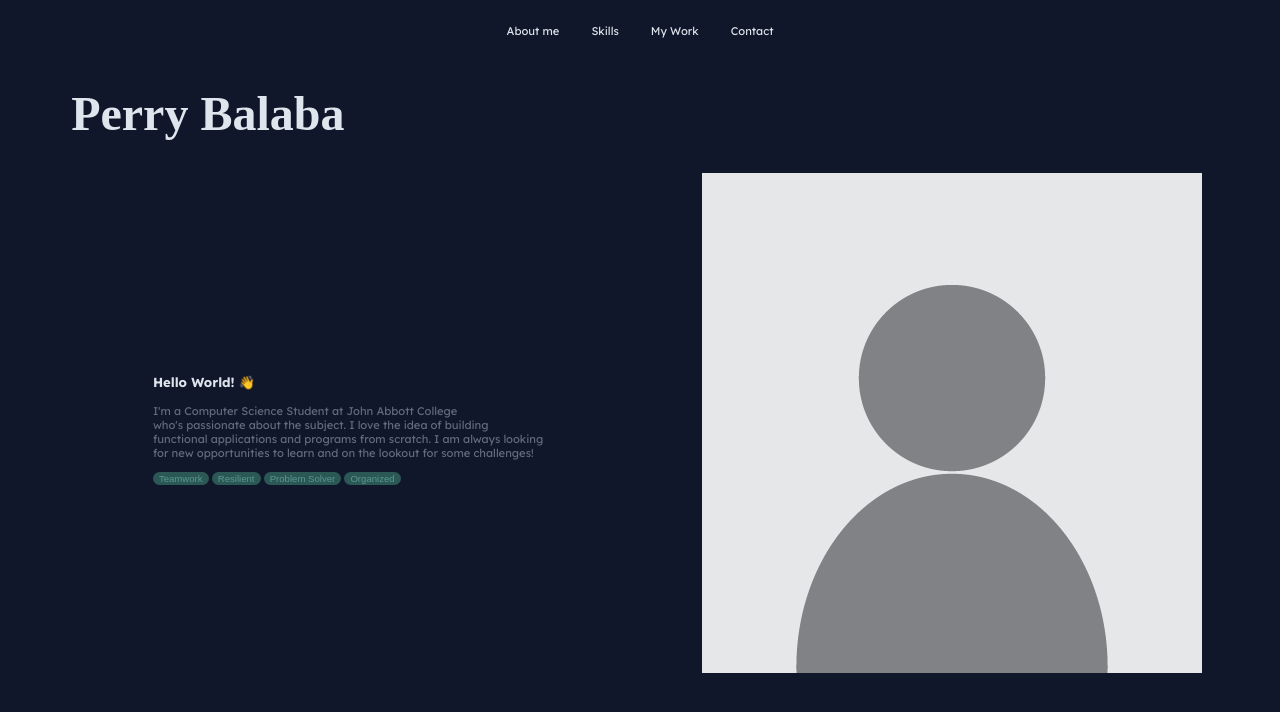
Repository: perrybalaba/perrybalaba
Page: index.html
These files come from the project's save history. The page is drawn as it stood at one moment and after the next save; the edit follows.
The browser window is 1280 px wide. The pictures show the whole page.
Some web fonts or font styles are not loaded; a fallback is used.

Above is the page before, as saved 2026-04-24 18:34:17.

After the next save:
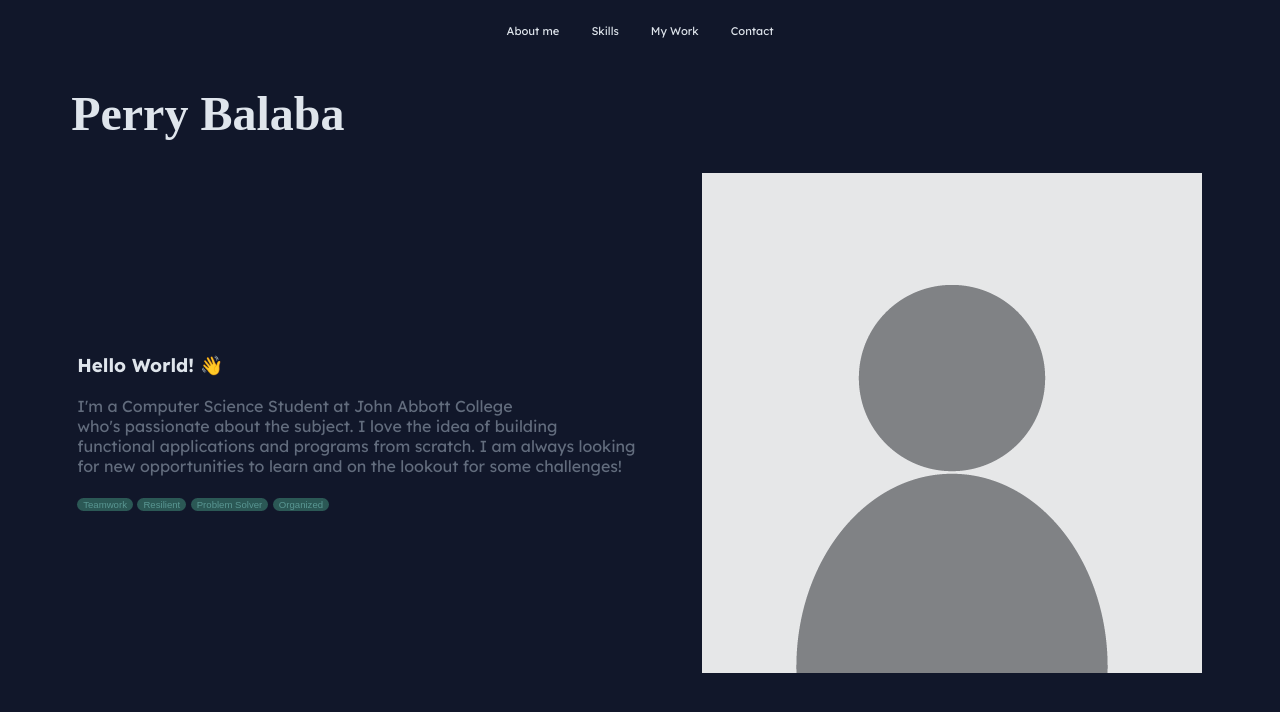
Saved 24 s later.
--- a/styles/index.css
+++ b/styles/index.css
@@ -40,7 +40,7 @@ nav ul li a:hover {
 
 .Description {
     text-align: left;
-    font-size: 0.7rem;
+    font-size: 1rem;
     min-width: 407px;
     min-height: 124px;
     margin-inline: auto;
